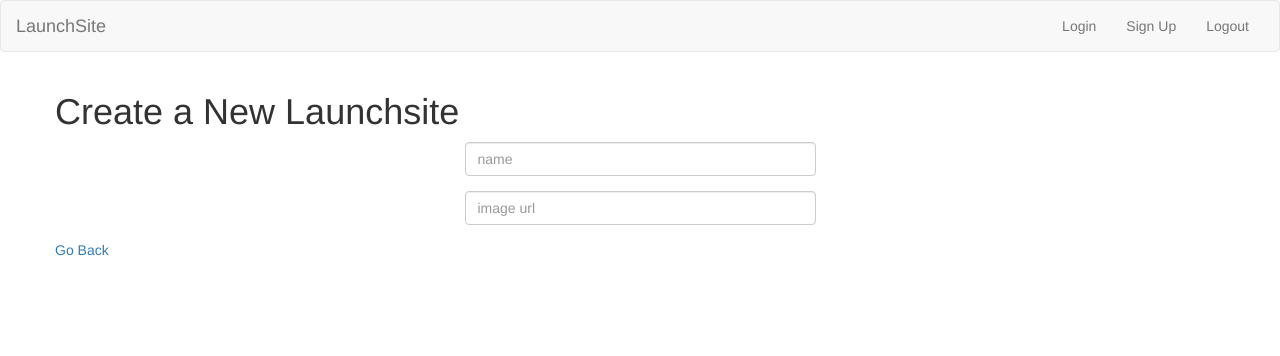
Repository: Oscar6/Udemy-workspace
Page: http://localhost/launchsite/new
The author's editor kept a record of every edit. The page is drawn from the files as they stood at one moment, then again after the next edit.
The browser window is 1280 px wide. The pictures show the whole page.
The page is served by the project's Node server (YelpCamp/v1/app.js).

Above is the page before.

After the next edit:
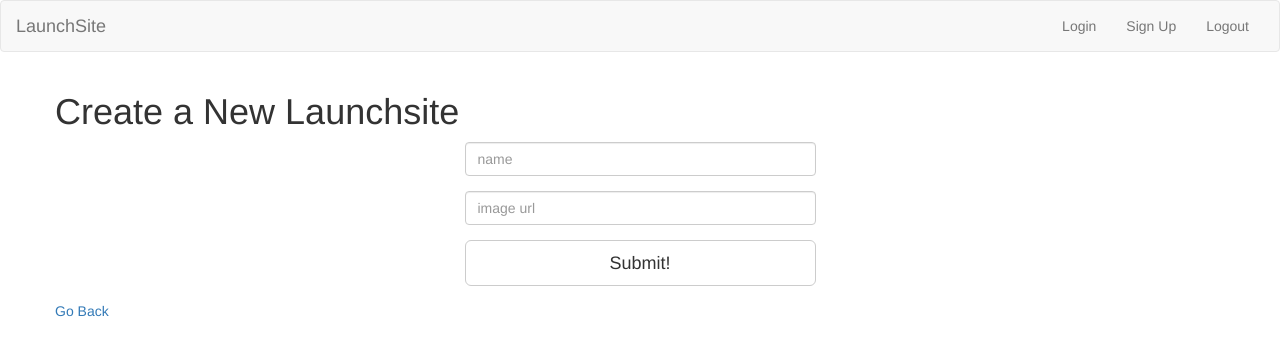
The edit:
--- a/YelpCamp/v1/views/new.ejs
+++ b/YelpCamp/v1/views/new.ejs
@@ -11,7 +11,7 @@
                 <input class="form-control" type="text" name="image" placeholder="image url">
             </div>
             <div class="form-group">
-
+                <button class="btn btn-lg btn-default btn-block">Submit!</button>
             </div>
 
 
